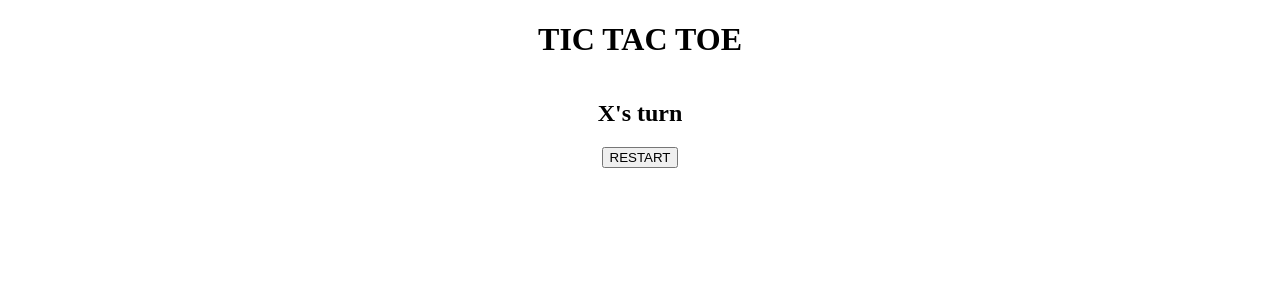
Repository: joeltorcato/TIC.TAC.TOE
Page: index.html
These files come from the project's save history. The page is drawn as it stood at one moment and after the next save; the edit follows.
The browser window is 1280 px wide. The pictures show the whole page.

Above is the page before, as saved 2023-12-31 08:58:13.

After the next save:
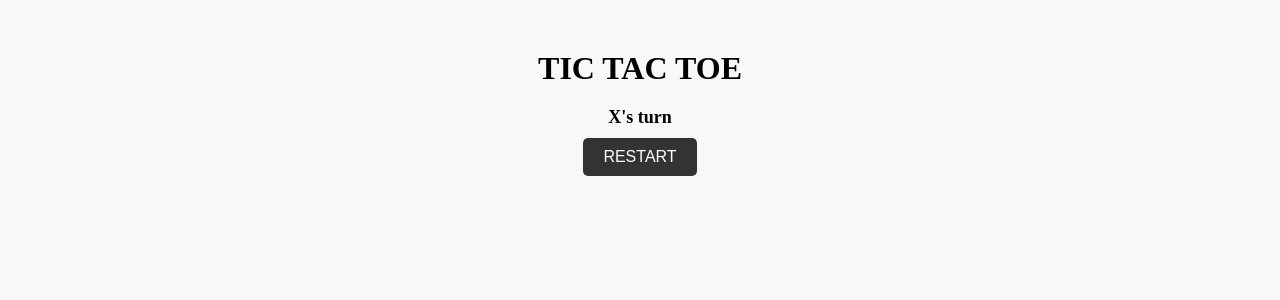
Saved 41 s later.
--- a/style.css
+++ b/style.css
@@ -1,23 +1,66 @@
-/*cell*/
-.cell{
+/* Reset CSS */
+* {
+    margin: 0;
+    padding: 0;
+    box-sizing: border-box;
+}
+
+/* Body */
+body {
+    background-color: #f8f8f8;
+    font-family: 'Arial', sans-serif;
+}
+
+/* Game Container */
+#gameContainer {
+    font-family: "Permanent Marker", cursive;
+    text-align: center;
+    margin: 50px auto;
+}
+
+/* Cell */
+.cell {
     width: 75px;
     height: 75px;
-    border: 2px solid;
-    box-shadow: 0 0 0 0 2px;
+    border: 2px solid #333;
+    box-shadow: 0 0 0 0 2px #333;
     line-height: 75px;
     font-size: 50px;
     cursor: pointer;
 }
 
-#cellContainer{
+/* Cell Container */
+#cellContainer {
     display: grid;
     grid-template-columns: repeat(3, auto);
+    gap: 5px;
     width: 225px;
     margin: auto;
 }
 
-/*game*/
-#gameContainer{
-    font-family: "Permanent Marker", cursive;
-    text-align: center;
+/* Add hover effect for better user interaction */
+.cell:hover {
+    background-color: #ddd;
 }
+
+/* Status Text */
+#statusText {
+    margin-top: 20px;
+    font-size: 18px;
+}
+
+/* Restart Button */
+#restartBtn {
+    margin-top: 10px;
+    padding: 10px 20px;
+    font-size: 16px;
+    cursor: pointer;
+    background-color: #333;
+    color: #fff;
+    border: none;
+    border-radius: 5px;
+}
+
+#restartBtn:hover {
+    background-color: #555;
+}
